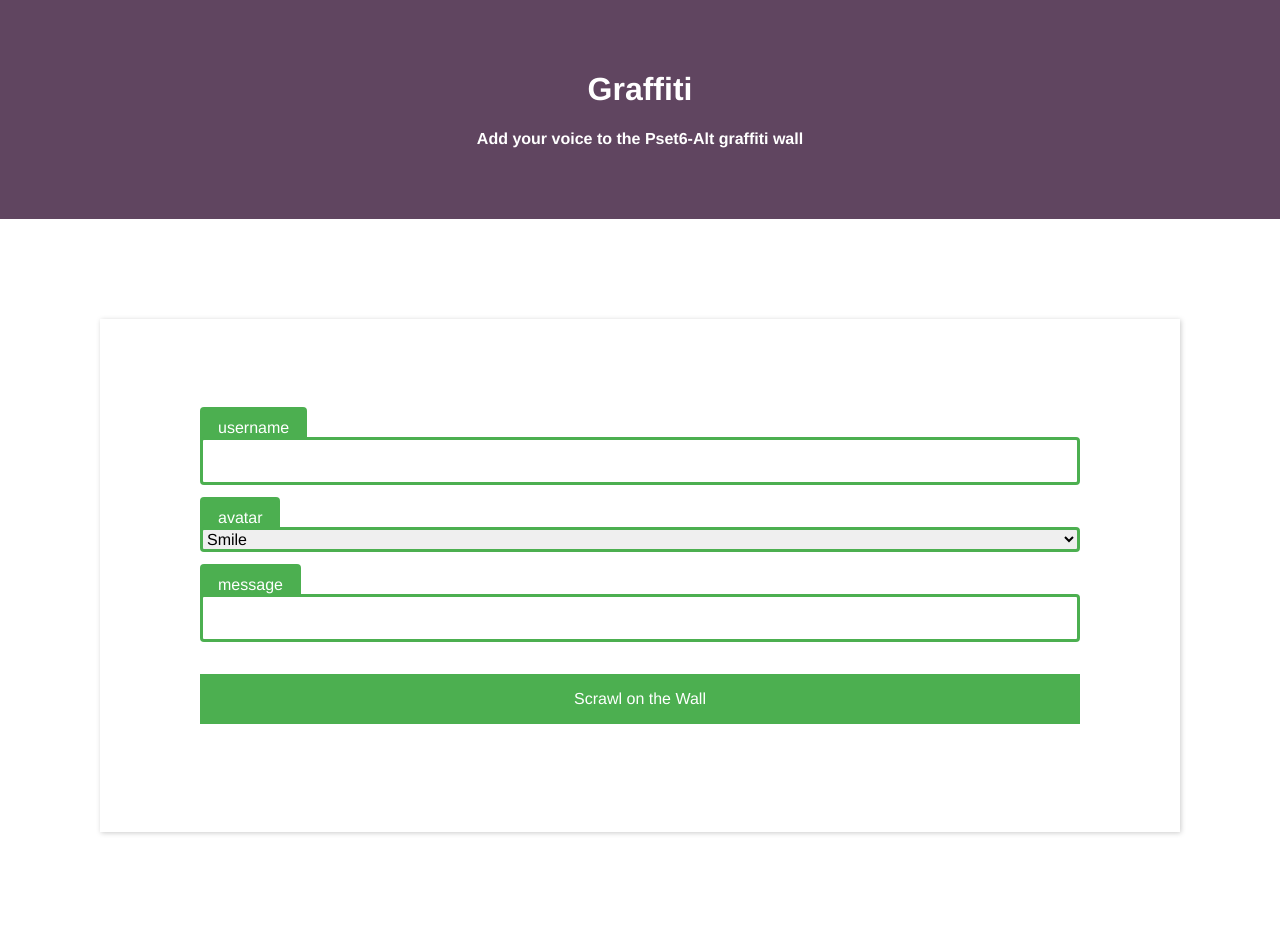
Repository: egniebauer/cs50x-LaunchCode
Page: pset-graffitiwall/graffiti.html
The author's editor kept a record of every edit. The page is drawn from the files as they stood at one moment, then again after the next edit.
The browser window is 1280 px wide. The pictures show the whole page.
Some web libraries are served in a nearby version.

Above is the page before.

After the next edit:
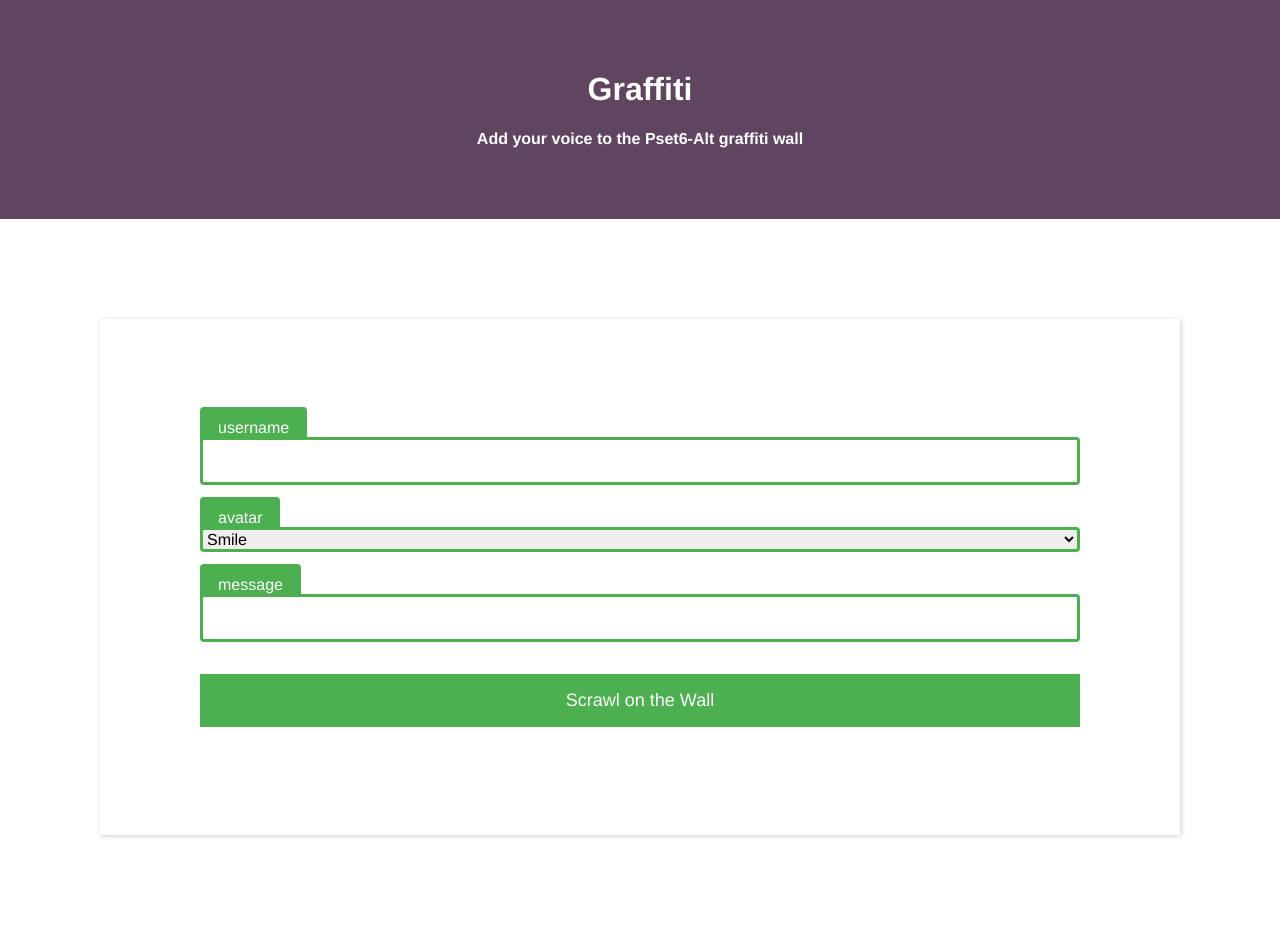
The edit:
--- a/pset-graffitiwall/styles.css
+++ b/pset-graffitiwall/styles.css
@@ -55,7 +55,7 @@
     margin: 8px 0;
     cursor: pointer;
     width: 100%;
-    font-size: 16px;
+    font-size: 18px;
     font-family: helvetica;
 }
 
